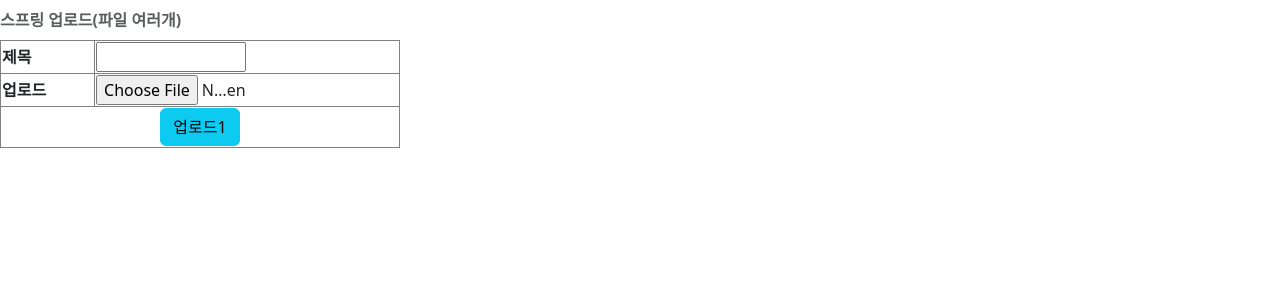
Repository: UZCHA/Sist0103Project
Page: http://localhost/SpringMvcFileUploadEx6/board/uploadform2
An editor plug-in stored every save of this project. The page is shown before and after the next save, followed by the edit.
The browser window is 1280 px wide. The pictures show the whole page.
Some web fonts or font styles are not loaded; a fallback is used. The page is served by Tomcat 9. Other server files are loaded and not shown.

Above is the page before, as saved 2024-05-07 05:37:48.

### sts3work/SpringMvcFileUploadEx6/src/main/webapp/WEB-INF/board/uploadform2.jsp
<%@ page language="java" contentType="text/html; charset=utf-8"
    pageEncoding="utf-8"%>
<%@ taglib prefix="c" uri="http://java.sun.com/jsp/jstl/core" %>
<%@ taglib prefix="fmt" uri="http://java.sun.com/jsp/jstl/fmt" %>
<!DOCTYPE html>
<html>
<head>
<meta charset="UTF-8">
<link href="https://cdn.jsdelivr.net/npm/bootstrap@5.3.2/dist/css/bootstrap.min.css" rel="stylesheet">
<link href="https://fonts.googleapis.com/css2?family=Dongle&family=Gaegu&family=Nanum+Pen+Script&family=Noto+Sans+KR:wght@100..900&family=Noto+Serif+KR&display=swap" rel="stylesheet">
<script src="https://code.jquery.com/jquery-3.7.0.js"></script>
<title>Insert title here</title>
</head>
<body>
<form action="upload2" method="post" enctype="multipart/form-data">
	<table class="tabel table-bordered" style="width: 400px;">
		<caption align="top"><b>스프링 업로드(파일 여러개)</b></caption>
			<tr>
				<th>제목</th>
				<td>
					<input type="text" name="title" style="width: 150px;">
				</td>
			</tr>
			<tr>
				<th>업로드</th>
				<td>
					<input type="file" name="photo" style="width: 150px;">
				</td>
			</tr>
			<tr>
				<td colspan="2" align="center">
					<button type="submit" class="btn btn-info">업로드1</button>
				</td>
			</tr>
	</table>
</form>
</body>
</html>

After the next save:
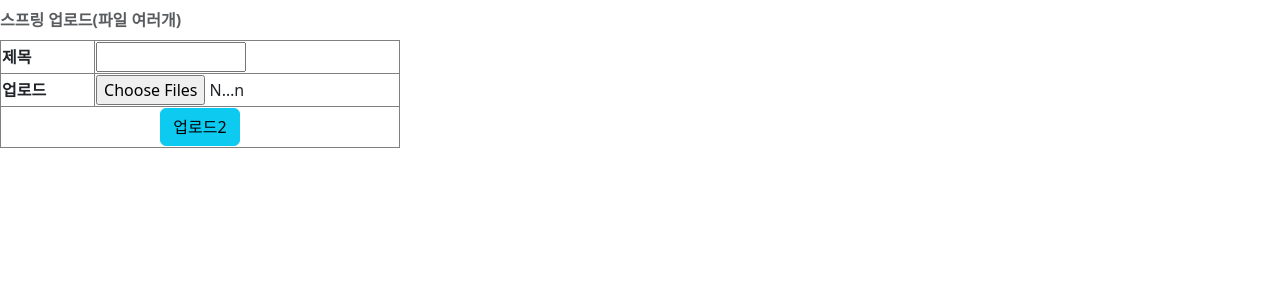
Saved 27 s later.
--- a/sts3work/SpringMvcFileUploadEx6/src/main/webapp/WEB-INF/board/uploadform2.jsp
+++ b/sts3work/SpringMvcFileUploadEx6/src/main/webapp/WEB-INF/board/uploadform2.jsp
@@ -24,12 +24,12 @@
 			<tr>
 				<th>업로드</th>
 				<td>
-					<input type="file" name="photo" style="width: 150px;">
+					<input type="file" name="photo" style="width: 150px;" multiple="multiple">
 				</td>
 			</tr>
 			<tr>
 				<td colspan="2" align="center">
-					<button type="submit" class="btn btn-info">업로드1</button>
+					<button type="submit" class="btn btn-info">업로드2</button>
 				</td>
 			</tr>
 	</table>
